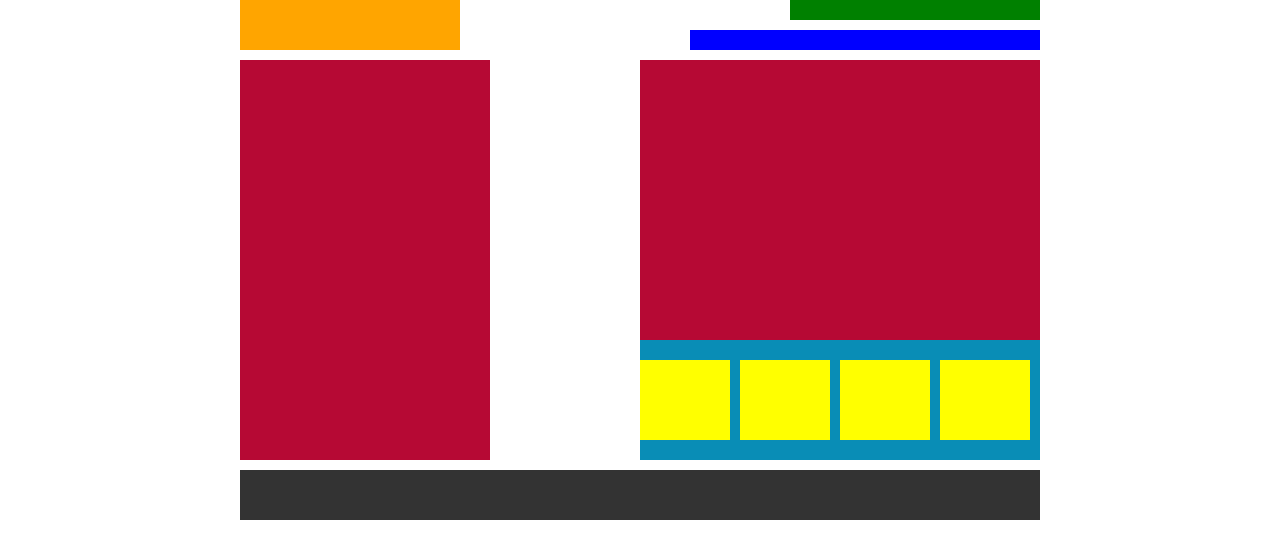
Repository: Tdaine/node
Page: css/code/floatWebLayout.html
An editor plug-in stored every save of this project. The page is shown before and after the next save, followed by the edit.
The browser window is 1280 px wide. The pictures show the whole page.

Above is the page before, as saved 2021-04-28 15:45:56.

After the next save:
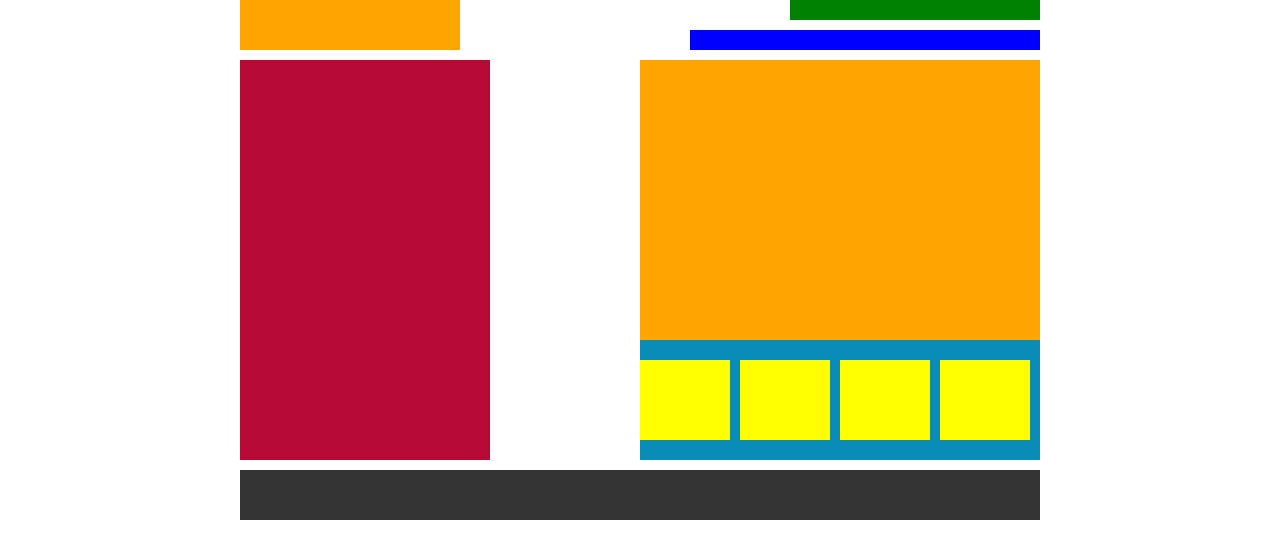
Saved 49 s later.
--- a/css/code/floatWebLayout.html
+++ b/css/code/floatWebLayout.html
@@ -61,7 +61,7 @@
     .content main .banner{
       width: 400px;
       height: 280px;
-      background-color: #b60934;
+      background-color: orange;
     }
     .content main .pics{
       width: 400px;
